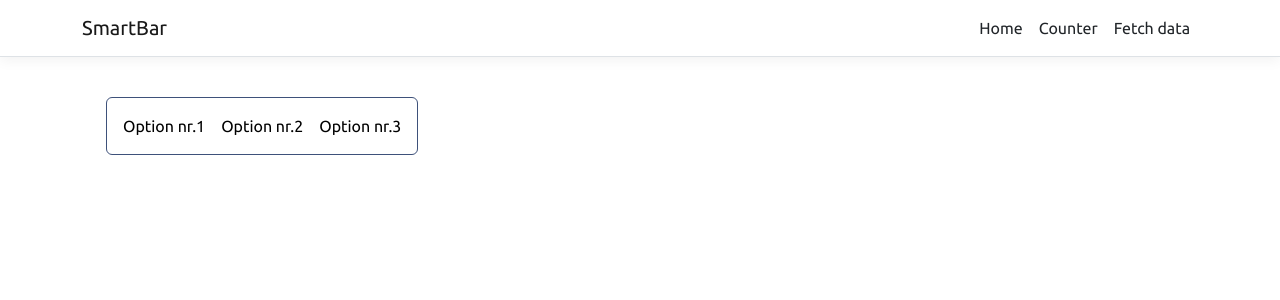
Repository: dropauteriai/SmartBarFrontEnd
Page: /
These files come from the project's save history. The page is drawn as it stood at one moment and after the next save; the edit follows.
The browser window is 1280 px wide. The pictures show the whole page.
The page's requests for data from a server got no answer. The project was rebuilt for these pictures with package versions that can differ from the ones it lists, and the page was loaded fresh each time. No one was signed in, and anything a server would have sent is missing. Also part of the build but not shown: src/components/Counter.js, src/components/FetchData.js, src/components/Card.js, src/components/SideBar.js.

Above is the page before, as saved 2023-02-14 05:53:22.

### public/index.html
<!DOCTYPE html>
<html lang="en">
  <head>
    <meta charset="utf-8" />
    <meta
      name="viewport"
      content="width=device-width, initial-scale=1, shrink-to-fit=no"
    />
    <meta name="theme-color" content="#000000" />
    <base href="%PUBLIC_URL%/" />
    <!--
      manifest.json provides metadata used when your web app is added to the
      homescreen on Android. See https://developers.google.com/web/fundamentals/engage-and-retain/web-app-manifest/
    -->
    <link rel="manifest" href="%PUBLIC_URL%/manifest.json" />
    <link rel="shortcut icon" href="%PUBLIC_URL%/favicon.ico" />
    <link
      href="https://fonts.googleapis.com/css2?family=Ubuntu:ital,wght@0,300;0,400;0,500;0,700;1,300;1,400;1,500;1,700&display=swap"
      rel="stylesheet"
    />

    <!--
      Notice the use of %PUBLIC_URL% in the tags above.
      It will be replaced with the URL of the `public` folder during the build.
      Only files inside the `public` folder can be referenced from the HTML.

      Unlike "/favicon.ico" or "favicon.ico", "%PUBLIC_URL%/favicon.ico" will
      work correctly both with client-side routing and a non-root public URL.
      Learn how to configure a non-root public URL by running `npm run build`.
    -->
    <link
      rel="stylesheet"
      href="https://cdnjs.cloudflare.com/ajax/libs/font-awesome/6.2.1/css/all.min.css"
      integrity="sha512-MV7K8+y+gLIBoVD59lQIYicR65iaqukzvf/nwasF0nqhPay5w/9lJmVM2hMDcnK1OnMGCdVK+iQrJ7lzPJQd1w=="
      crossorigin="anonymous"
      referrerpolicy="no-referrer"
    />
    <title>SmartBar</title>
  </head>
  <body>
    <noscript> You need to enable JavaScript to run this app. </noscript>
    <div id="root"></div>
    <!--
      This HTML file is a template.
      If you open it directly in the browser, you will see an empty page.

      You can add webfonts, meta tags, or analytics to this file.
      The build step will place the bundled scripts into the <body> tag.

      To begin the development, run `npm start` or `yarn start`.
      To create a production bundle, use `npm run build` or `yarn build`.
    -->
  </body>
</html>

### src/index.js
import 'bootstrap/dist/css/bootstrap.css';
import React from 'react';
import { createRoot } from 'react-dom/client';
import { BrowserRouter } from 'react-router-dom';
import App from './App';
//import * as serviceWorkerRegistration from './serviceWorkerRegistration';
import reportWebVitals from './reportWebVitals';

const baseUrl = document.getElementsByTagName('base')[0].getAttribute('href');
const rootElement = document.getElementById('root');
const root = createRoot(rootElement);

root.render(
  <BrowserRouter basename={baseUrl}>
    <App />
  </BrowserRouter>);

// If you want your app to work offline and load faster, you can change
// unregister() to register() below. Note this comes with some pitfalls.
// Learn more about service workers: https://cra.link/PWA
//serviceWorkerRegistration.unregister();

// If you want to start measuring performance in your app, pass a function
// to log results (for example: reportWebVitals(console.log))
// or send to an analytics endpoint. Learn more: https://bit.ly/CRA-vitals
reportWebVitals();

### src/App.js
import React, { Component } from 'react';
import { Route, Routes } from 'react-router-dom';
import AppRoutes from './AppRoutes';
import { Layout } from './components/Layout';
import './custom.css';
import './css/bootstrap.css';

export default class App extends Component {
  static displayName = App.name;

  render() {
    return (
      <Layout>
        <Routes>
          {AppRoutes.map((route, index) => {
            const { element, ...rest } = route;
            return <Route key={index} {...rest} element={element} />;
          })}
        </Routes>
      </Layout>
    );
  }
}

### src/custom.css
/* Provide sufficient contrast against white background */
* {
  font-family: "Ubuntu", sans-serif;
}

### src/components/Home.js
import React, { Component } from "react";
import { Container, Col } from "react-bootstrap";
import Card from "./Card.js";
import SideBar from "./SideBar.js";
import Row from "react-bootstrap/Row";
import Popup from "./Popup.js";

export class Home extends Component {
  static displayName = Home.name;

  constructor(props) {
    super(props);
    this.state = { tables: [], loading: true };
  }

  componentDidMount() {
    this.populateTableData();
  }

  static renderTableList(tables) {
    return (
      <Row xs={1} md={2}>
        {tables.map((table, index, tables) => {
          <Card name={table.name} id={table.id} />;
        })}
      </Row>
    );
  }
  render() {
    // let contents = this.state.loading ? (
    //   <p>
    //     <em>Loading...</em>
    //   </p>
    // ) : (
    //   (contents = this.renderTableList(this.state.tables))
    // );
    let contents;
    if (this.state.loading) {
      contents = (
        <p>
          <em>Loading...</em>
        </p>
      );
    } else {
      contents = Home.renderTableList(this.state.tables);
      console.log(contents);
    }

    return (
      <div className="row p-4">
        {this.state.tables.map((table, index) => (
          <Card name={table.name} />
        ))}
        <Popup/>
      </div>
    );
  }

  async populateTableData() {
    const response = await fetch("https://localhost:5001/Table");
    const data = await response.json();
    this.setState({ tables: data, loading: false });
  }
}

### src/components/NavMenu.js
import React, { Component } from 'react';
import { Collapse, Navbar, NavbarBrand, NavbarToggler, NavItem, NavLink } from 'reactstrap';
import { Link } from 'react-router-dom';
import './NavMenu.css';

export class NavMenu extends Component {
  static displayName = NavMenu.name;

  constructor (props) {
    super(props);

    this.toggleNavbar = this.toggleNavbar.bind(this);
    this.state = {
      collapsed: true
    };
  }

  toggleNavbar () {
    this.setState({
      collapsed: !this.state.collapsed
    });
  }

  render() {
    return (
      <header>
        <Navbar className="navbar-expand-sm navbar-toggleable-sm ng-white border-bottom box-shadow mb-3" container light>
          <NavbarBrand tag={Link} to="/">SmartBar</NavbarBrand>
          <NavbarToggler onClick={this.toggleNavbar} className="mr-2" />
          <Collapse className="d-sm-inline-flex flex-sm-row-reverse" isOpen={!this.state.collapsed} navbar>
            <ul className="navbar-nav flex-grow">
              <NavItem>
                <NavLink tag={Link} className="text-dark" to="/">Home</NavLink>
              </NavItem>
              <NavItem>
                <NavLink tag={Link} className="text-dark" to="/counter">Counter</NavLink>
              </NavItem>
              <NavItem>
                <NavLink tag={Link} className="text-dark" to="/fetch-data">Fetch data</NavLink>
              </NavItem>
            </ul>
          </Collapse>
        </Navbar>
      </header>
    );
  }
}

### src/components/Popup.js
import React from "react";

export default function Popup() {
  return (
    <div className="d-inline-flex">
      <div className="p-2 align-items-center justify-content-center border border-1 border-secondary rounded">
        <button className="p-2 border-0 align-items-center justify-content-center bg-white">
          Option nr.1
        </button>
        <button className="p-2 border-0 align-items-center justify-content-center bg-white">
          Option nr.2
        </button>
        <button className="p-2 border-0 align-items-center justify-content-center bg-white">
          Option nr.3
        </button>
      </div>
    </div>
  );
}

Loaded but not shown: src/reportWebVitals.js (common file); src/AppRoutes.js (common file); src/components/Layout.js (common file); src/css/bootstrap.css (library); src/components/NavMenu.css (common file)

After the next save:
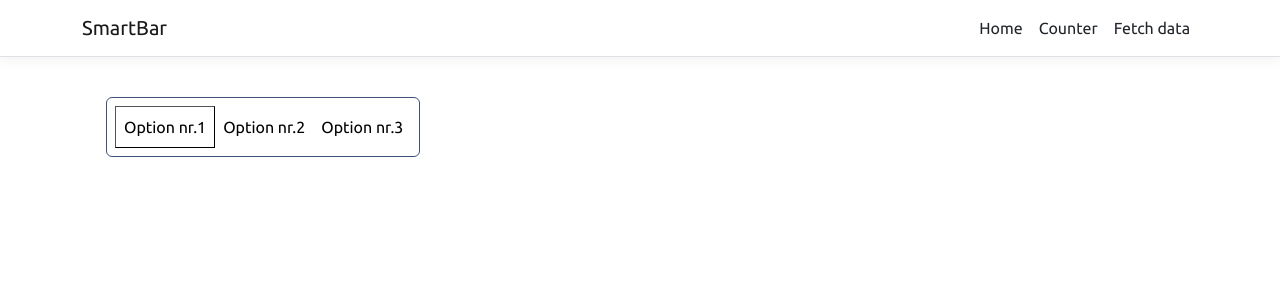
Saved 10 s later.
--- a/src/components/Popup.js
+++ b/src/components/Popup.js
@@ -4,7 +4,7 @@
   return (
     <div className="d-inline-flex">
       <div className="p-2 align-items-center justify-content-center border border-1 border-secondary rounded">
-        <button className="p-2 border-0 align-items-center justify-content-center bg-white">
+        <button className="p-2 border-1 align-items-center justify-content-center bg-white">
           Option nr.1
         </button>
         <button className="p-2 border-0 align-items-center justify-content-center bg-white">

After the 2 saves that followed:
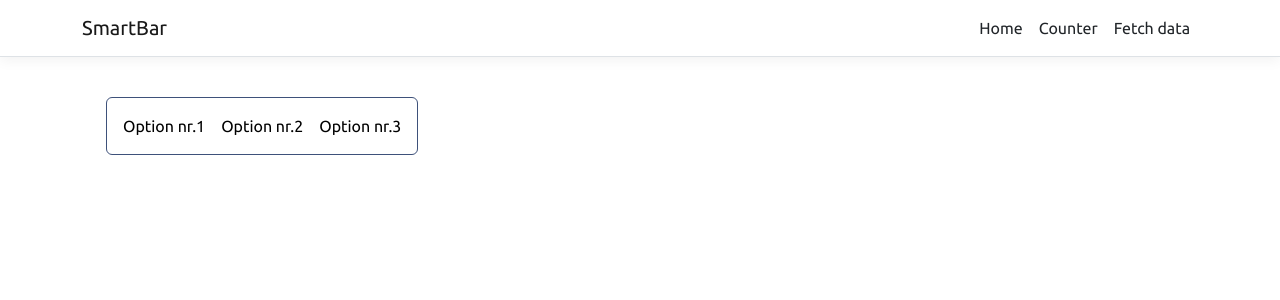
The 2 saves are shown as one change because they came seconds apart.
The last was saved 8 s later.
--- a/src/components/Popup.js
+++ b/src/components/Popup.js
@@ -4,7 +4,7 @@
   return (
     <div className="d-inline-flex">
       <div className="p-2 align-items-center justify-content-center border border-1 border-secondary rounded">
-        <button className="p-2 border-1 align-items-center justify-content-center bg-white">
+        <button className="p-2 border-0 align-items-center justify-content-center bg-white">
           Option nr.1
         </button>
         <button className="p-2 border-0 align-items-center justify-content-center bg-white">
